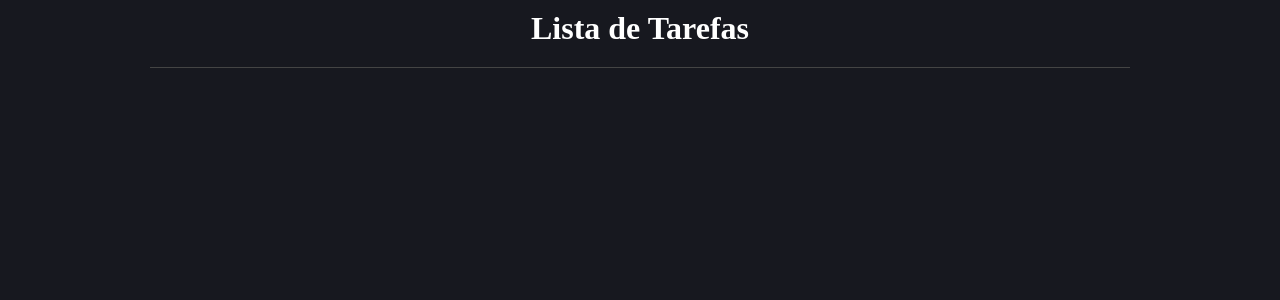
Repository: Wink07/lista-tarefas
Page: /
These files come from the project's save history. The page is drawn as it stood at one moment and after the next save; the edit follows.
The browser window is 1280 px wide. The pictures show the whole page.
The project was rebuilt for these pictures with package versions that can differ from the ones it lists, and the page was loaded fresh each time. Also part of the build but not shown: vite.config.ts.

Above is the page before, as saved 2022-05-10 18:06:31.

### src/main.tsx
import React from 'react'
import ReactDOM from 'react-dom/client'
import { App } from './App'


ReactDOM.createRoot(document.getElementById('root')!).render(
  <React.StrictMode>
    <App />
  </React.StrictMode>
)

### src/App.tsx
import * as C from "./App.styles"
import './global.css'

export const App = () => {
  return (
    <C.Container>
      <C.Area>
        <C.Header>Lista de Tarefas</C.Header>
      </C.Area>
    </C.Container>
  )
}

### src/App.styles.ts
import styled from 'styled-components';


export const Container = styled.div`
    background-color: #17181F;
    color:#797A81;
    min-height: 100vh;
`;

export const Area = styled.div`
    margin: auto;
    max-width: 980px;
    padding: 10px;
`;

export const Header = styled.h1`
    margin: 0;
    padding: 0;
    color: #FFF;
    text-align: center;
    border-bottom: 1px solid #444;
    padding-bottom: 20px;
`;

Loaded but not shown: index.html (common file); src/global.css (common file)

After the next save:
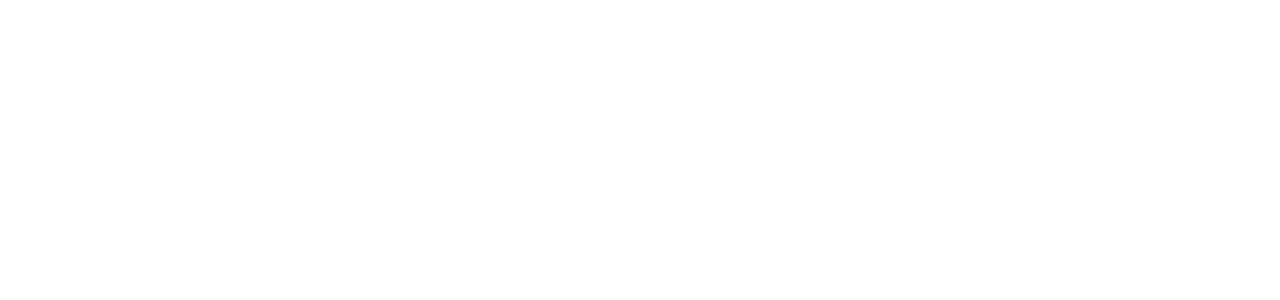
Console error: TypeError: list.map is not a function
Saved 4 min 33 s later.
--- a/src/App.tsx
+++ b/src/App.tsx
@@ -1,11 +1,26 @@
 import * as C from "./App.styles"
 import './global.css'
+import { useState } from "react"
+import { Item } from './types/Item'
 
 export const App = () => {
+  const [list, setList] = useState<Item[]>(
+    { id: 1, name: 'Comprar um bolo', done: false},
+    { id: 2, name: 'Comprar o tenis', done: false},
+  )
+
+
   return (
     <C.Container>
       <C.Area>
         <C.Header>Lista de Tarefas</C.Header>
+
+          {}
+
+          {list.map((item, index) => (
+            <div>...</div>
+          ))}
+
       </C.Area>
     </C.Container>
   )

After the save that followed:
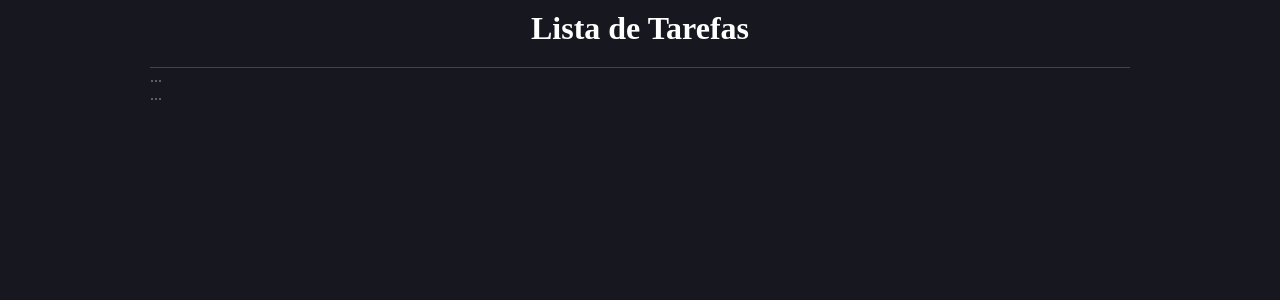
The error is gone.
Saved 22 s later.
--- a/src/App.tsx
+++ b/src/App.tsx
@@ -4,10 +4,10 @@
 import { Item } from './types/Item'
 
 export const App = () => {
-  const [list, setList] = useState<Item[]>(
+  const [list, setList] = useState<Item[]>( [
     { id: 1, name: 'Comprar um bolo', done: false},
     { id: 2, name: 'Comprar o tenis', done: false},
-  )
+  ]);
 
 
   return (
